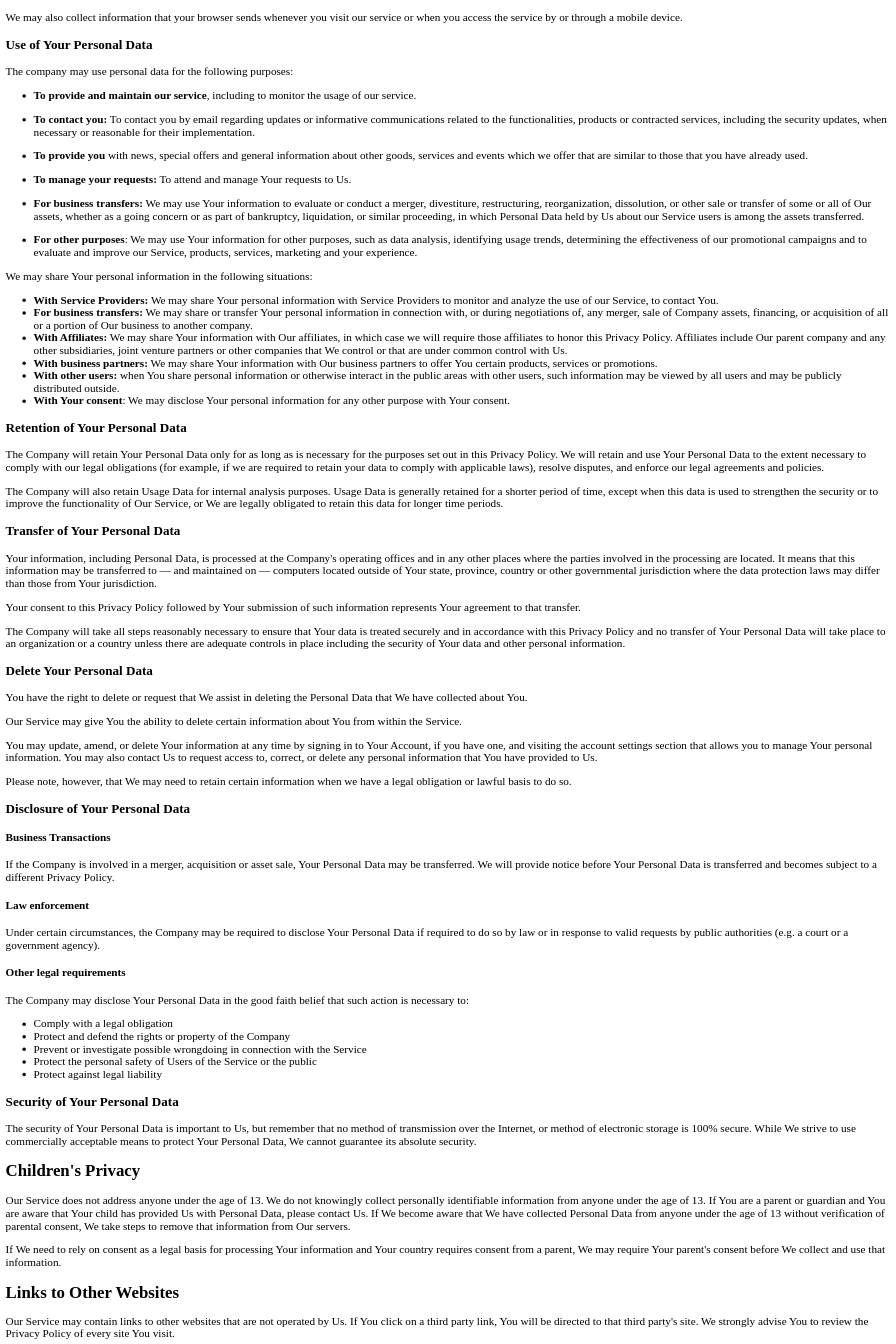
Repository: danielzhang2001/Clodbot
Page: privacy-policy.html
These files come from the project's save history. The page is drawn as it stood at one moment and after the next save; the edit follows.
The browser window is 1280 px wide. The pictures show the part of the page from y = 1222 to 3142 px (the page is 3458 px tall before and 3406 px after), at 70% of full size.

Above is the page before, as saved 2024-04-18 01:16:00.

After the next save:
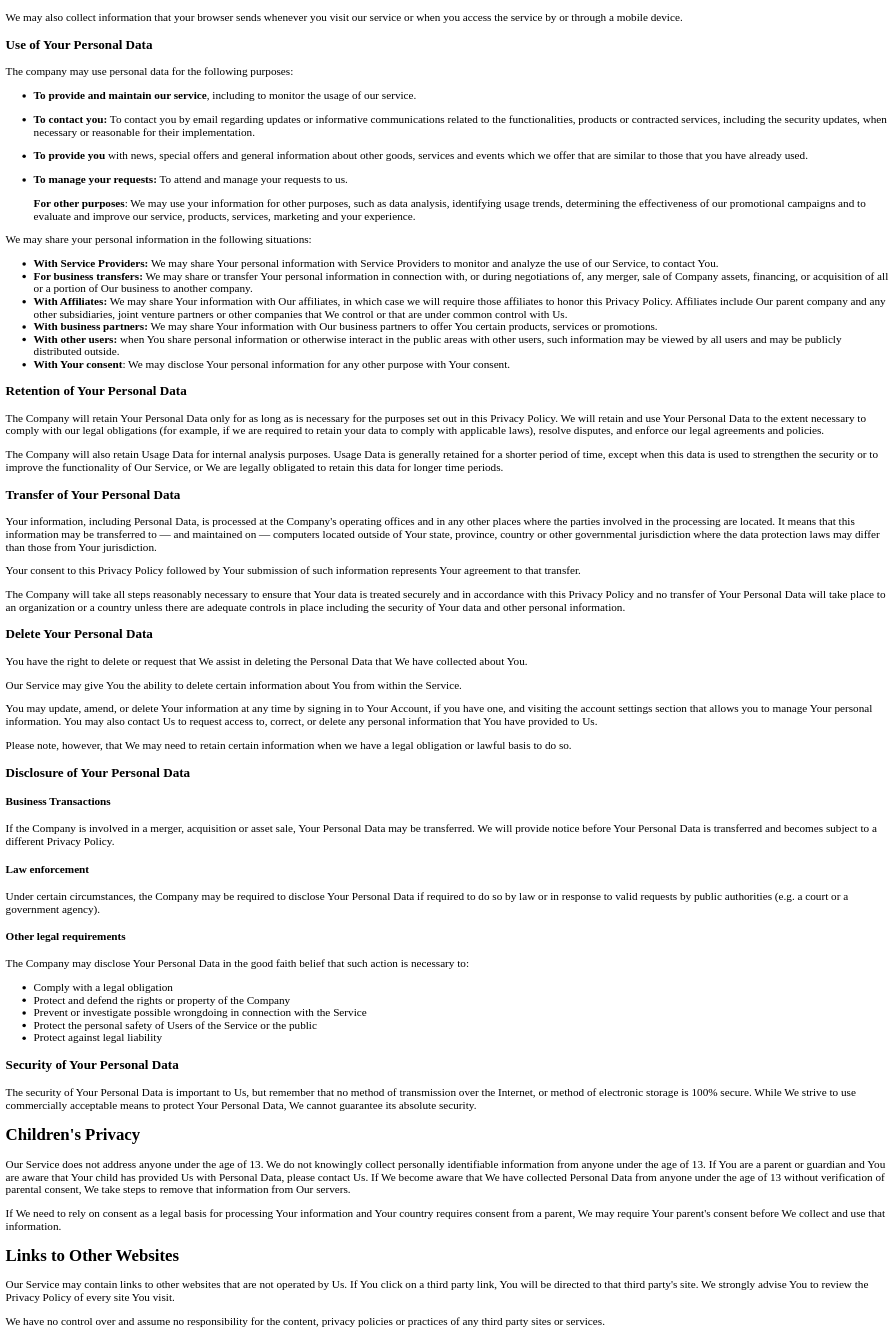
Saved 10 min 1 s later.
--- a/privacy-policy.html
+++ b/privacy-policy.html
@@ -93,21 +93,14 @@
       events which we offer that are similar to those that you have already used.</p>
   </li>
   <li>
-    <p><strong>To manage your requests:</strong> To attend and manage Your requests to Us.</p>
+    <p><strong>To manage your requests:</strong> To attend and manage your requests to us.</p>
   </li>
-  <li>
-    <p><strong>For business transfers:</strong> We may use Your information to evaluate or conduct a merger,
-      divestiture, restructuring, reorganization, dissolution, or other sale or transfer of some or all of Our assets,
-      whether as a going concern or as part of bankruptcy, liquidation, or similar proceeding, in which Personal Data
-      held by Us about our Service users is among the assets transferred.</p>
-  </li>
-  <li>
-    <p><strong>For other purposes</strong>: We may use Your information for other purposes, such as data analysis,
-      identifying usage trends, determining the effectiveness of our promotional campaigns and to evaluate and improve
-      our Service, products, services, marketing and your experience.</p>
+  <p><strong>For other purposes</strong>: We may use your information for other purposes, such as data analysis,
+    identifying usage trends, determining the effectiveness of our promotional campaigns and to evaluate and improve
+    our service, products, services, marketing and your experience.</p>
   </li>
 </ul>
-<p>We may share Your personal information in the following situations:</p>
+<p>We may share your personal information in the following situations:</p>
 <ul>
   <li><strong>With Service Providers:</strong> We may share Your personal information with Service Providers to monitor
     and analyze the use of our Service, to contact You.</li>
